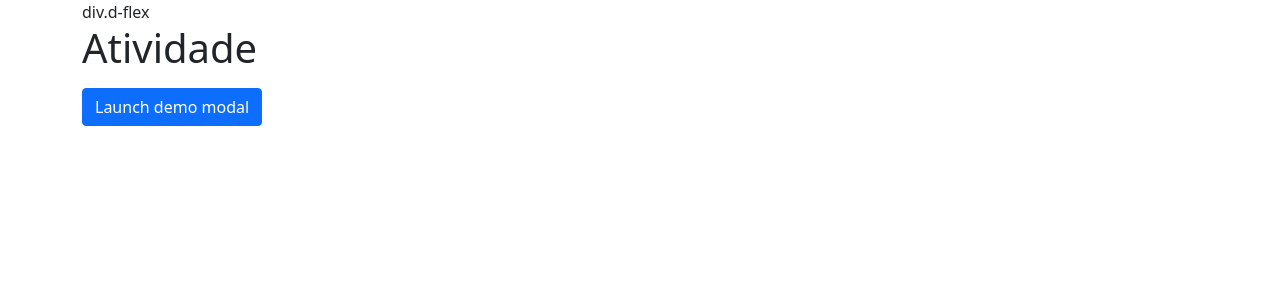
Repository: faribeiro/react-dotnetcore-efcore
Page: / (app in front/pro-atividade-app/)
The author's editor kept a copy of each file at every save. The page is drawn from the files as they stood at one save, then again after the next save.
The browser window is 1280 px wide. The pictures show the whole page.
The page's requests for data from a server got no answer. The project was rebuilt for these pictures with package versions that can differ from the ones it lists, and the page was loaded fresh each time. No one was signed in, and anything a server would have sent is missing. Also part of the build but not shown: front/pro-atividade-app/src/components/AtividadeForm.js, front/pro-atividade-app/src/components/Atividade.js.

Above is the page before, as saved 2023-10-24 15:10:56.

After the next save:
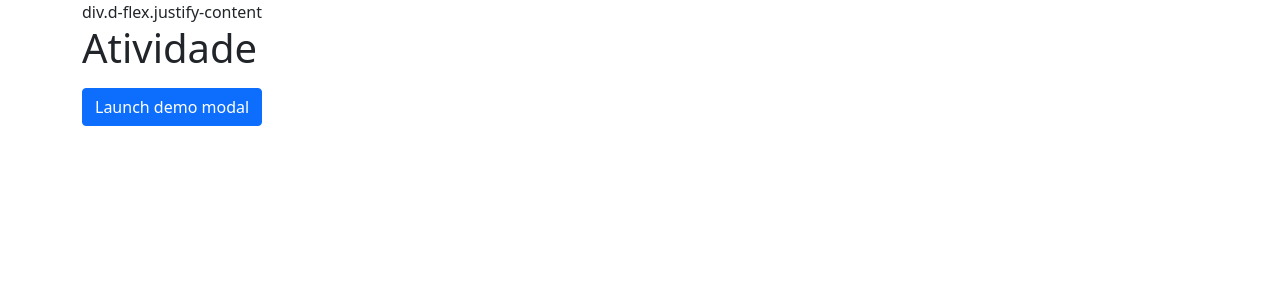
Saved 5 s later.
--- a/front/pro-atividade-app/src/App.js
+++ b/front/pro-atividade-app/src/App.js
@@ -62,7 +62,7 @@ function App() {
 
   return (
     <>
-    div.d-flex
+    div.d-flex.justify-content
       <h1>Atividade {atividade.id !== 0 ? atividade.id : ''}</h1>
       <AtividadeLista
         atividades={atividades}
